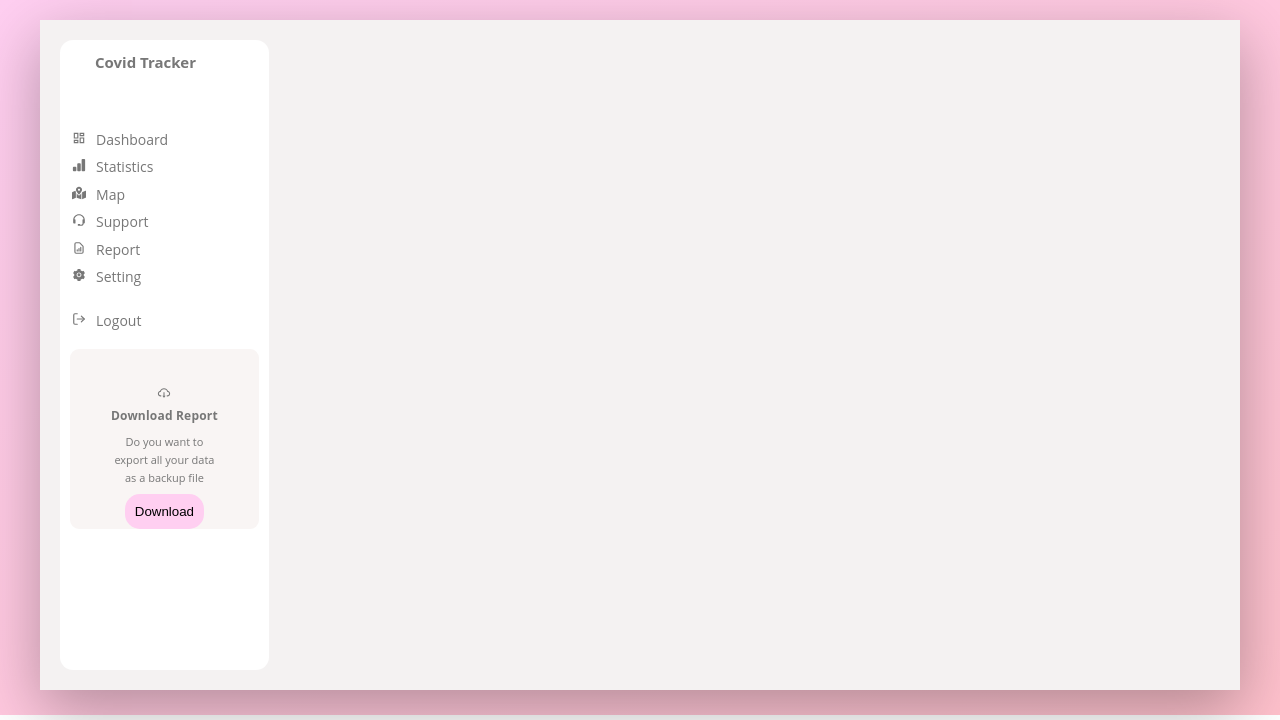
Repository: okidijimmy200/CovidAdminTracker
Page: /
An editor plug-in stored every save of this project. The page is shown before and after the next save, followed by the edit.
The browser window is 1280 px wide. The pictures show the whole page.
The project was rebuilt for these pictures with package versions that can differ from the ones it lists, and the page was loaded fresh each time.

Above is the page before, as saved 2022-06-16 15:03:59.

After the next save:
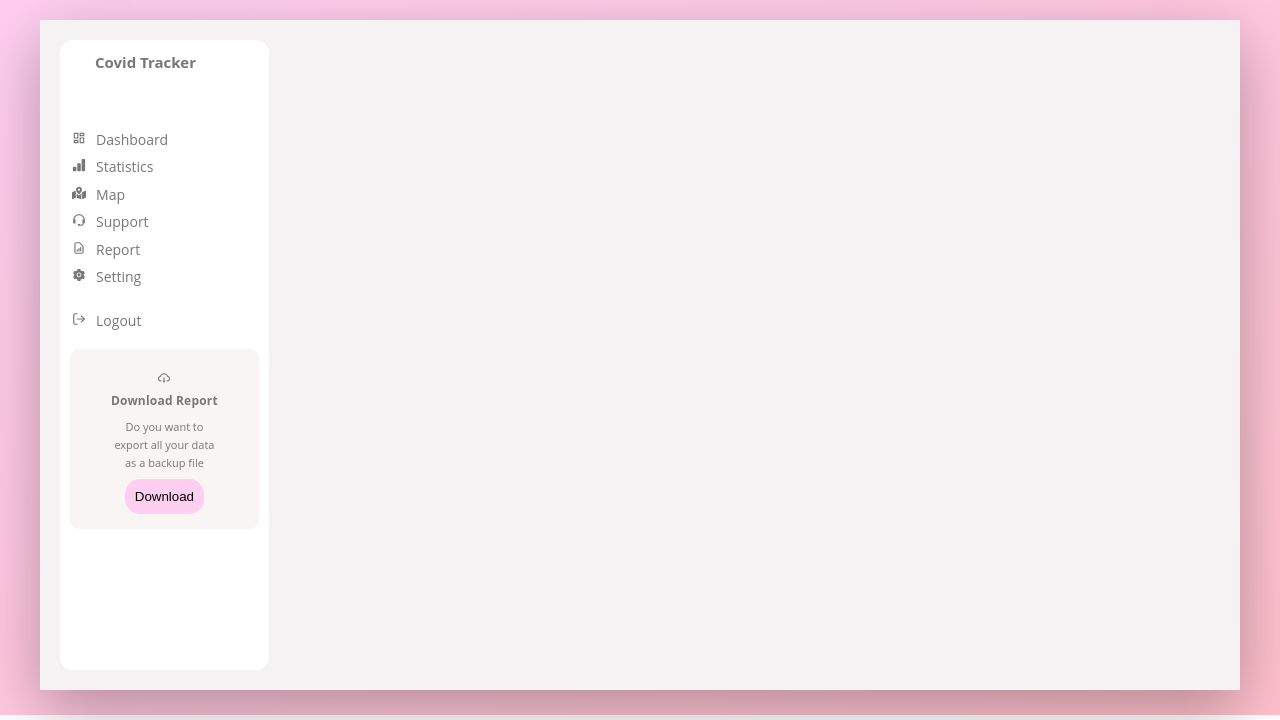
Saved 2 min 52 s later.
--- a/src/sidebar/sidebar.scss
+++ b/src/sidebar/sidebar.scss
@@ -96,8 +96,6 @@
 
     &__mainIcon {
         font-size: 1.4rem;
-        list-style: none;
-        margin-top: 3.5rem;
     }
 }
 .title__download {
